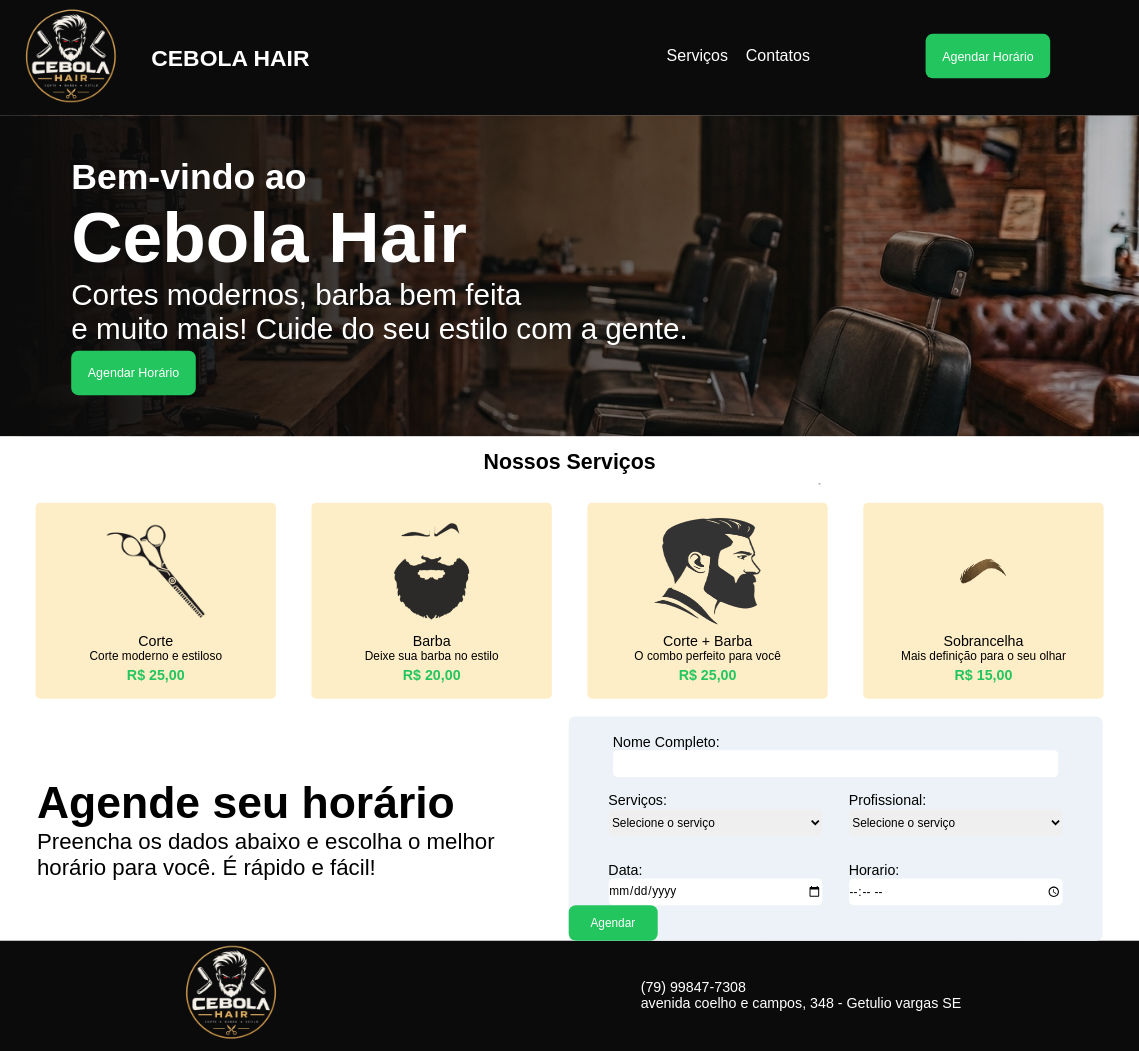
Repository: antonymsantana-design/final.activitie1
Page: index.html
The author's editor kept a copy of each file at every save. The page is drawn from the files as they stood at one save, then again after the next save.
The browser window is 1280 px wide. The pictures show the whole page, at 89% of full size.

Above is the page before, as saved 2026-09-15 20:05:34.

### index.html
<!doctype html>
<html lang="pt-br">
  <head>
    <meta charset="UTF-8" />
    <meta name="viewport" content="width=device-width, initial-scale=1.0" />
    <title>Cebola Hair</title>
    <link rel="stylesheet" href="style.css" />
    <script src="../final.activitie1/script.js" defer></script>
  </head>
  <header>
    <div class="conteudoH" id="conteudoH">
      <div class="imagem" id="imagem">
        <img
          src="image/logoC.png"
          alt="logo"
          class="logoIMG"
          id="logoIMG"
        />
        <h3 class="logoH">CEBOLA HAIR</h3>
      </div>
      <div class="direitaH">
        <div class="links" id="links">
          <a href="#" class="aLinks">Serviços</a>
          <a href="#" class="aLinks">Contatos</a>
        </div>
        <div class="btnDiv" id="btnDiv">
          <button class="btn" id="btn">
            <div class="btnTxt" id="btnTxt">
              <p>Agendar Horário</p>
            </div>
          </button>
        </div>
      </div>
    </div>
  </header>

  <body>
    <div class="conteudo">
      <div class="texto">
        <h4>Bem-vindo ao</h4>
        <h1>Cebola Hair</h1>
        <small
          >Cortes modernos, barba bem feita <br />
          e muito mais! Cuide do seu estilo com a gente.</small
        >
        <button class="btn" id="btn">
          <div class="btnTxt" id="btnTxt">
            <p>Agendar Horário</p>
          </div>
        </button>
      </div>
    </div>

    <h2 class="Our">Nossos Serviços</h2>
    <hr />

    <div class="cards">
      <div class="card">
        <img src="image/corte.webp" alt="tisora" class="icone" />
        <p>Corte</p>
        <small>Corte moderno e estiloso</small>
        <h4>R$ 25,00</h4>
      </div>
      <div class="card">
        <img src="image/barba(png).png" alt="tisora" class="icone" />
        <p>Barba</p>
        <small>Deixe sua barba no estilo</small>
        <h4>R$ 20,00</h4>
      </div>
      <div class="card">
        <img src="image/barba+corte(png).png" alt="tisora" class="icone" />
        <p>Corte + Barba</p>
        <small>O combo perfeito para você</small>
        <h4>R$ 25,00</h4>
      </div>
      <div class="card">
        <img
          src="image/Design sem nome.png"
          alt="tisora"
          class="icone"
        />
        <p>Sobrancelha</p>
        <small>Mais definição para o seu olhar</small>
        <h4>R$ 15,00</h4>
      </div>
    </div>

    <div class="agendar" id="agendar">
      <div class="esq">
        <h1>Agende seu horário</h1>
        <p>
          Preencha os dados abaixo e escolha o melhor <br />
          horário para você. É rápido e fácil!
        </p>
      </div>

      <div class="form">
        <div class="formCima">
            <div class="cimacima">
        <label for="nome">Nome Completo:</label><br/>
        <input type="text" name="nome" id="nome" class="forms"/>
        </div>
        </div><br/>

         <div class="quadrado">
        <div class="1">
          <label for="serv">Serviços:</label>
          <select name="serv" id="serv" class="formu">
            <option value="">Selecione o serviço</option>
            <option value="corte">Corte</option>
            <option value="barba">Barba</option>
            <option value="cort+barba">Corte + Barba</option>
            <option value="sobrancelha">Sobrancelha</option>
          </select>
          </div>

          <div class="2">
            <label for="prof">Profissional:</label>
            <select name="prof" id="prof" class="formu">
              <option value="">Selecione o serviço</option>
              <option value="cebola">Cebola</option>
            </select>
            </div>
            <div class="3">
              <label for="data">Data:</label> <br>
              <input type="date" name="data" id="data" class="formu"/>
            </div>
            <div class="4">
              <label for="hora">Horario:</label> <br>
              <input type="time" name="hora" id="hora" class="formu"/>
            </div>
          </div>
           <button type="button" class="agendarbtn">Agendar</button>
          </div>
      </div>
    </div>
  </body>
  <footer>
    <div class="direita">
      <img
        src="image/logoC.png"
        alt="logo"
        class="logoIMG"
        id="logoIMG"
      />
    </div>

    <div class="esquerda">
      <p>(79) 99847-7308</p>
      <p>avenida coelho e campos, 348 - Getulio vargas SE</p>
    </div>
  </footer>
</html>

### style.css
* {
    padding: 0px;
    margin: 0px;
    font-family: Arial, Helvetica, sans-serif;
}

header {
    background-color: #0B0B0B;
    height: 130px;
}

small {
    padding-bottom: 5px;
}

.conteudoH {
    display: flex;
    justify-content: space-between;
    padding-right: 100px;
    align-items: center;
}

.imagem {
    margin-left: 20px;
    margin-top: 5px;
    display: flex;
    justify-content: center;
    align-items: center;
    gap: 30px;
    font-weight: 600;
    font-size: 22px;
}

.logoIMG {
    width: 120px;
    height: 120px;
    cursor: pointer;
}

.logoH {
    color: white;

}

.links {
    display: flex;
    gap: 20px;
    justify-content: center;
    padding-right: 130px;
    font-size: 18px;
}

.links a {
    text-decoration: none;
    color: white;
    transition: 0.5s ease;
}

.aLinks:hover {
    transform: translateY(-5px);
    box-shadow: 0 4px 10px rgba(0, 0, 0, 0.15);
    background-color: #F0C56A;
    color: #F5F5F5;
    border-radius: 5px;
    width: 120px;
    height: 30px;
    display: flex;
    justify-content: center;
    align-items: center;
}

.btnDiv {
    display: flex;
}

.btn {
    display: flex;
    justify-content: center;
    width: 140px;
    height: 50px;
    background-color: #22C55E;
    border: none;
    color: white;
    align-items: center;
    border-radius: 8px;
    transition: 0.3s ease;
    cursor: pointer;
    font-size: 14px;
}

.btn:hover {
    transform: translateY(-5px);
    box-shadow: 0 8px 15px rgba(0, 0, 0, 0.4);
}

.direitaH {
    display: flex;
    justify-content: center;
    align-items: center;
}

.conteudo {
    background-image: url(image/Gemini_Generated_Image_hbetqjhbetqjhbet.jpg);
    background-repeat: no-repeat;
    background-size: cover;
    background-position: center;
    height: 50vh;
    color: white;
}

.texto {
    padding-left: 80px;
    font-size: 40px;
    display: flex;
    flex-direction: column;
    justify-content: center;
    height: 50vh;
    background: linear-gradient(to right, #0B0B0B, #15151531);

}

.card {
    background-color: #FDEEC7;
    width: 270px;
    height: 220px;
    display: flex;
    flex-direction: column;
    justify-content: center;
    align-items: center;
    border-radius: 5px;
}

.cards {
    display: flex;
    justify-content: center;
    gap: 40px;
    padding-top: 20px;
    padding-bottom: 20px;
}

.card h4 {
    color: #22C55E;
}

.icone {
    width: 120px;
    height: 120px;
    padding-bottom: 10px;
}

.Our {
    padding-top: 15px;
    text-align: center;
    padding-bottom: 10px;
}

hr {
    color: #22C55E;
    text-align: center;
    margin-left: 920px;
    margin-right: 920px;
}

.agendar{
    display: flex;
    justify-content: space-around;
    align-items: center;
}

.form{
    background-color: #ECF2F7;
    width: 600px;
    border-radius: 7px;
    display: flex;
    justify-content: center;
    flex-direction: column;
}

.formCima{
    padding-top: 20px;
    display: flex;
    justify-content: center;
    align-items: center;
    flex-direction: column;
}

.quadrado{
    display: grid;
    justify-content: center;
    grid-template-columns: repeat(2, 200px);
    gap: 30px;
    column-gap: 70px;
    margin-right: 40px;
}

.esq {
    font-size: 25px;
}

footer{
    display: flex;
    justify-content: space-around;
    align-items: center;
    background-color: #0B0B0B;
    color: white;
}

.formu{
    width: 240px;
    height: 30px;
    border-radius: 5px;
    border: none;
}

.forms{
    width: 500px;
    height: 30px;
    border-radius: 5px;
    border: none;
}

.agendarbtn{
    display: flex;
    justify-content: center;
    align-items: center;
    width: 100px;
    height: 40px;
    background-color: #22C55E;
    border: none;
    color: white;
    border-radius: 8px;
    transition: 0.3s ease;
    cursor: pointer;
}

.agendarbtn:hover {
    transform: translateY(-5px);
}

Loaded but not shown: script.js (no copy from this time; the picture is the same without it)

After the next save:
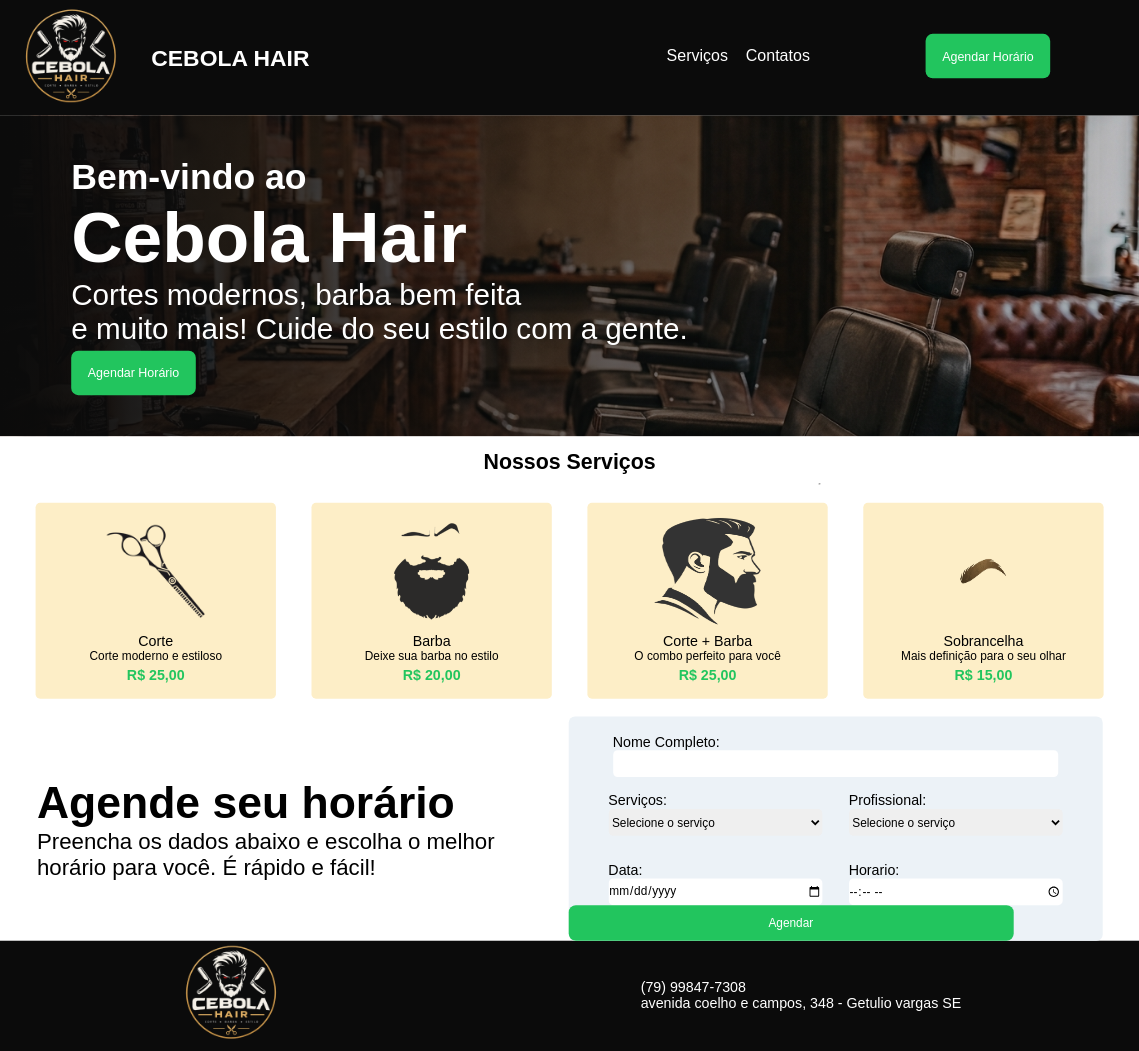
Saved 82 s later.
--- a/style.css
+++ b/style.css
@@ -223,7 +223,7 @@ footer{
     display: flex;
     justify-content: center;
     align-items: center;
-    width: 100px;
+    width: 500px;
     height: 40px;
     background-color: #22C55E;
     border: none;
